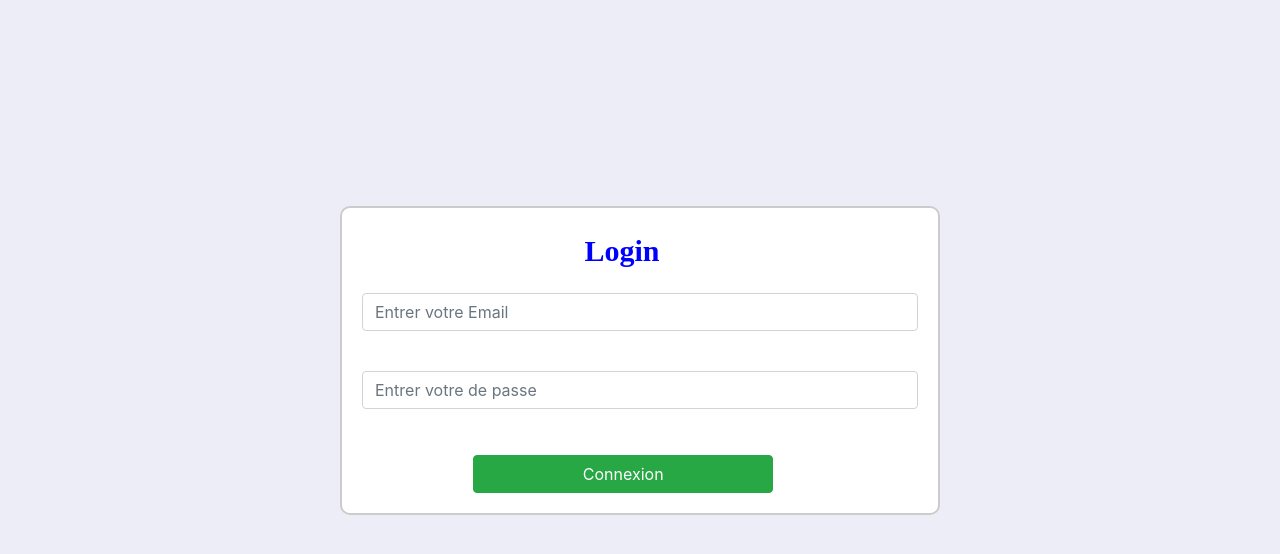
Repository: DiaryRz/FrontWeb
Page: /
An editor plug-in stored every save of this project. The page is shown before and after a run of saves, followed by the edit.
The browser window is 1280 px wide. The pictures show the whole page.
The project was rebuilt for these pictures with package versions that can differ from the ones it lists, and the page was loaded fresh each time. Also part of the build but not shown: src/component/css/Header.css, src/component/Header.jsx, src/page/css/AppAffichage.css, src/component/css/NavBar.css, src/component/NavBar.jsx, src/component/css/Model.css, src/component/InsertModel.jsx, src/page/AppAffichage.jsx and 26 more.

Above is the page before, as saved 2024-01-28 21:10:27.

After the next 4 saves:
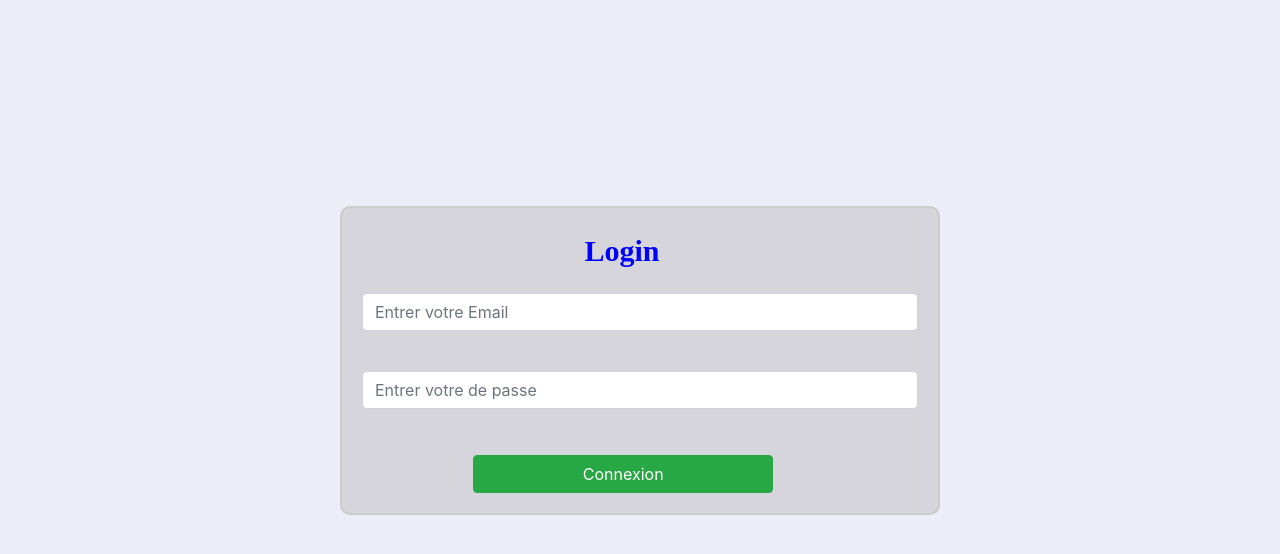
The 4 saves are shown as one change because 1 did not build or start and some came seconds apart.
The last was saved 3 min 12 s later.
--- a/src/component/Login.js
+++ b/src/component/Login.js
@@ -17,7 +17,8 @@ const loginForm = {
     padding: '20px',
     border: '2px solid #ccc',
     borderRadius:'10px',
-    backgroundColor: 'white',
+    backgroundColor: 'rgb(213, 213, 219)',
+
 
 };
 
